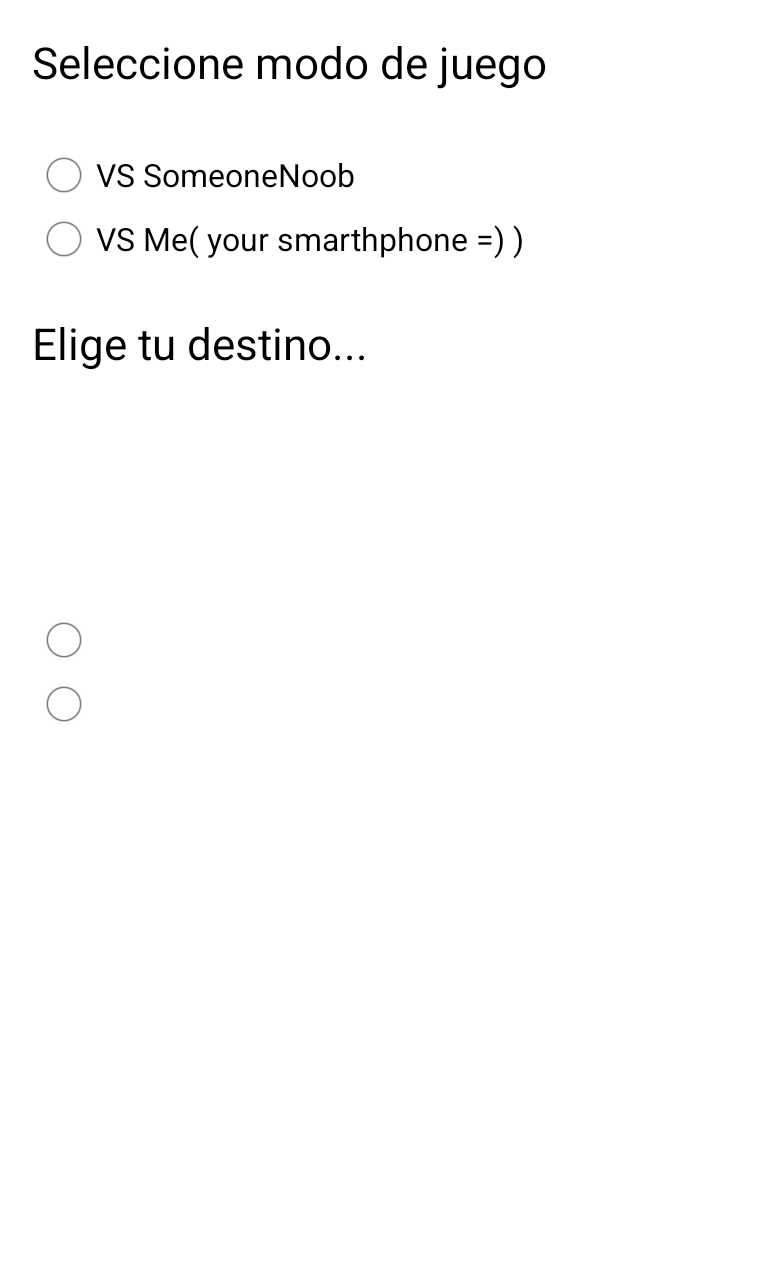
Repository: ivan-yc/miProyecto
Layout: TresEnRaya/res/layout/activity_main.xml
An editor plug-in stored every save of this project. The layout is shown before and after the next save, followed by the edit.
It is drawn on a 768 x 1280 px phone screen (xhdpi) without system bars, with theme AppTheme; the app's code is not run.

Above is the layout before, as saved 2013-05-16 20:10:08.

After the next save:
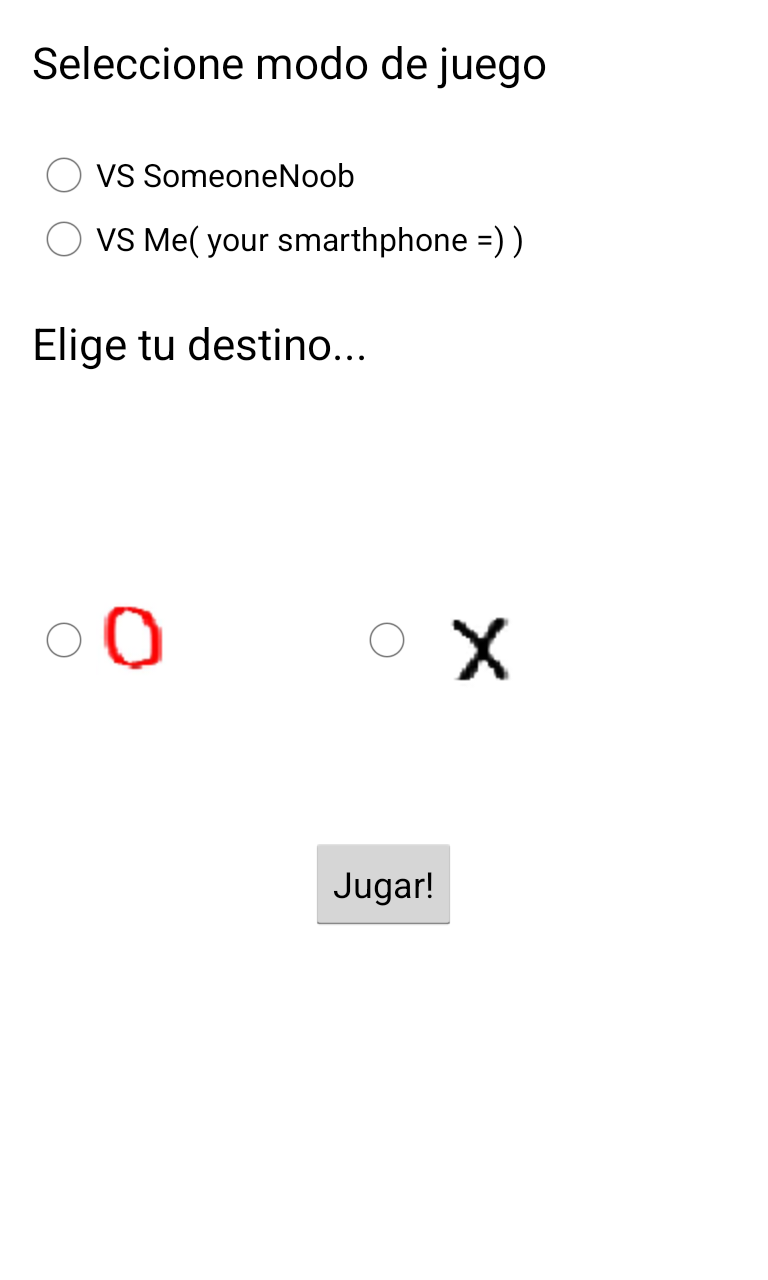
Saved 5 min 41 s later.
--- a/TresEnRaya/res/layout/activity_main.xml
+++ b/TresEnRaya/res/layout/activity_main.xml
@@ -53,12 +53,36 @@
         android:layout_centerVertical="true"
         android:text="" />
 
+    <ImageView
+        android:id="@+id/imageView1"
+        android:layout_width="wrap_content"
+        android:layout_height="wrap_content"
+        android:layout_centerVertical="true"
+        android:layout_toRightOf="@+id/radioButton3"
+        android:src="@drawable/pCirc" />
+
     <RadioButton
         android:id="@+id/radioButton4"
         android:layout_width="wrap_content"
         android:layout_height="wrap_content"
-        android:layout_alignLeft="@+id/radioButton3"
-        android:layout_below="@+id/radioButton3"
-        android:text="" />
+        android:layout_alignTop="@+id/imageView2"
+        android:layout_toRightOf="@+id/radioButton1" />
+
+    <ImageView
+        android:id="@+id/imageView2"
+        android:layout_width="wrap_content"
+        android:layout_height="wrap_content"
+        android:layout_alignRight="@+id/radioButton2"
+        android:layout_alignTop="@+id/radioButton3"
+        android:src="@drawable/pCruz" />
+
+    <Button
+        android:id="@+id/button1"
+        android:layout_width="wrap_content"
+        android:layout_height="wrap_content"
+        android:layout_below="@+id/imageView2"
+        android:layout_centerHorizontal="true"
+        android:layout_marginTop="74dp"
+        android:text="Jugar!" />
 
 </RelativeLayout>
